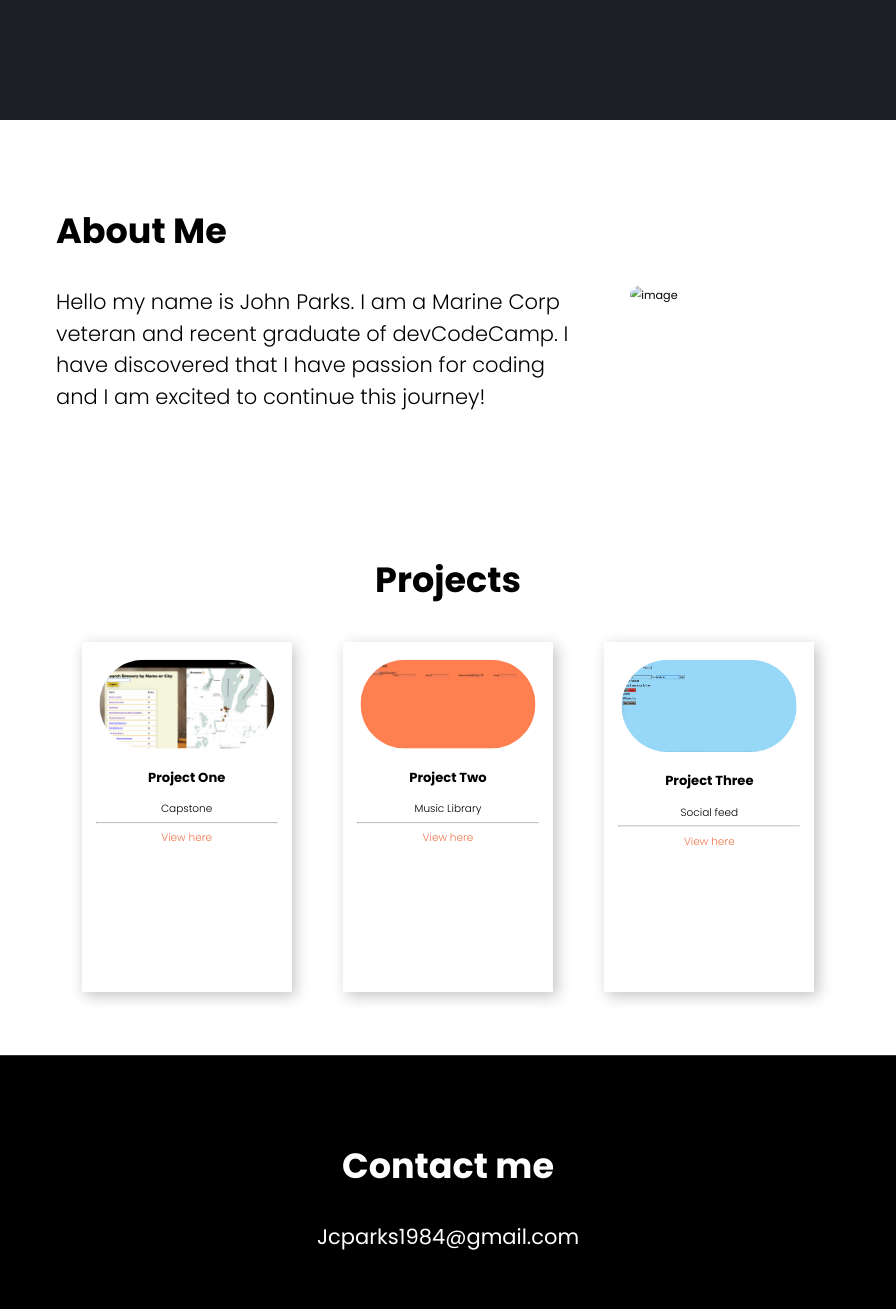
Repository: Jcparks84/Portfolio
Page: index.html
These files come from the project's save history. The page is drawn as it stood at one moment and after a run of saves; the edit follows.
The browser window is 1280 px wide. The pictures show the part of the page from y = 549 to 2469 px (the page is 2419 px tall before and 2469 px after), at 70% of full size.
A picture or video elsewhere on the page could not be fetched, so the positions and the page height are approximate. Some web libraries are served in a nearby version.

Above is the page before, as saved 2022-08-10 18:51:23.

After the next 4 saves:
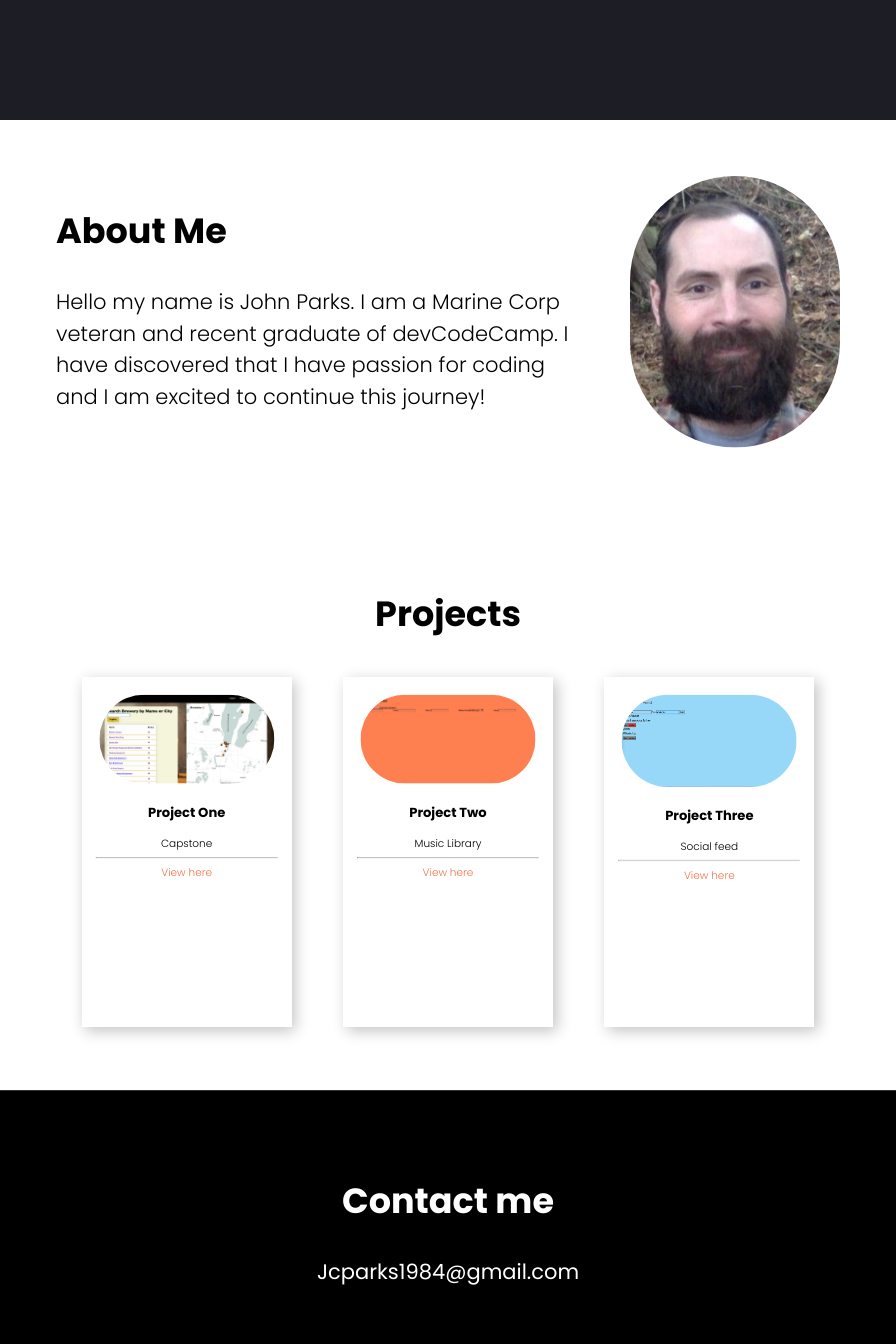
The 4 saves are shown as one change because they came seconds apart.
The last was saved 22 s later.
--- a/index.html
+++ b/index.html
@@ -48,7 +48,7 @@
                 I have discovered that I have passion for coding and I am excited to continue this journey!</p>
           </div>
           <div class="headshot-container">
-            <img class="headshot" src="." alt="image" loading="lazy">
+            <img class="headshot" src="src/images/headshot.png" alt="image" loading="lazy">
         </div>
       </section>
       <section class="sub-section-alternative" id="projects">
